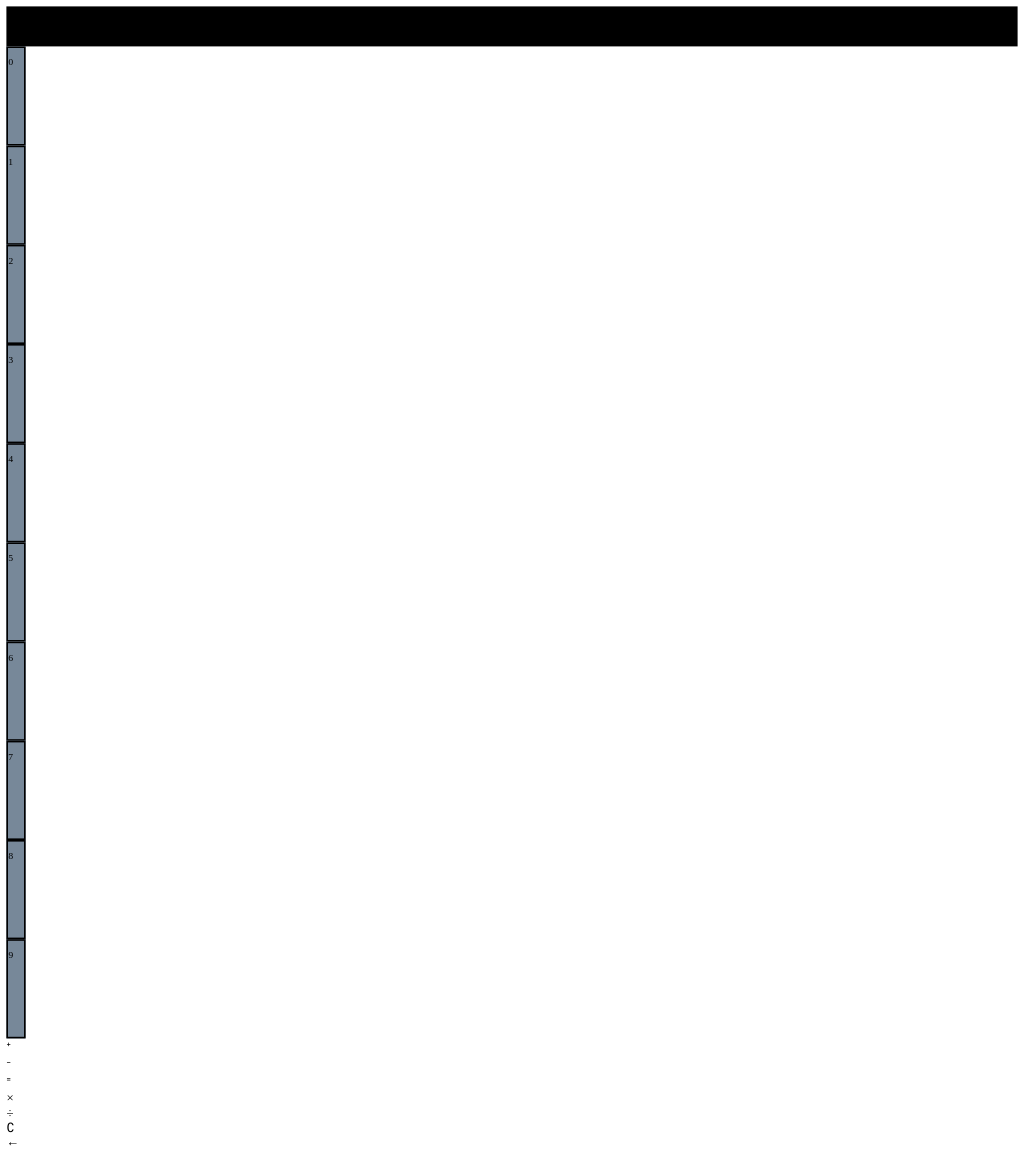
Repository: TEazy2433/LAB-calculator
Page: index.html
These files come from the project's save history. The page is drawn as it stood at one moment and after the next save; the edit follows.
The browser window is 1280 px wide. The pictures show the whole page, at 80% of full size.

Above is the page before, as saved 2023-10-12 21:01:54.

### index.html
<!DOCTYPE html>
<html lang="en">
<head>
  <meta charset="UTF-8">
  <meta name="viewport" content="width=device-width, initial-scale=1.0">
  <title>calculator</title>
  <link rel="stylesheet" href="main.css">
</head>
<body>
  <div class="container"></div>
    <div class="display"></div>
    <div class="buttons"></div>
      <div class="numbers"></div>
        <div class="number">&#8320;</div>
        <div class="number">&#8321;</div>
        <div class="number">&#8322;</div>
        <div class="number">&#8323;</div>
        <div class="number">&#8324;</div>
        <div class="number">&#8325;</div>
        <div class="number">&#8326;</div>
        <div class="number">&#8327;</div>
        <div class="number">&#8328;</div>
        <div class="number">&#8329;</div>
        <div class="operator">&#8314;</div>
        <div class="operator">&#8315;</div>
        <div class="operator">&#8316;</div>
        <div class="operator">&#215;</div>
        <div class="operator">&#247;</div>
        <div class="clear">&#8705;</div>
        <div class="arrow">&#8592;</div>
    </div>
  </div>
</body>
</html>

### main.css
.container{
  background-color: white;
  width: 500%;
  margin: auto;
}

.container{
  width: 100%;
  background-color: black;
  height: 50px;
  font-size: 48px;
  display: flex;
  justify-content: flex-end;
}
.number{
  font-size: 20px;
  width: 20px;
  border: solid black 2px;
  background-color: lightslategrey;
  text-align: center;
  display: grid;
  grid-template-columns: repeat(4, 1fr);
  grid-template-rows: repeat(auto-fill, 120px);
  grid-row-gap: .5em;
  grid-column-gap: 1em;

}

After the next save:
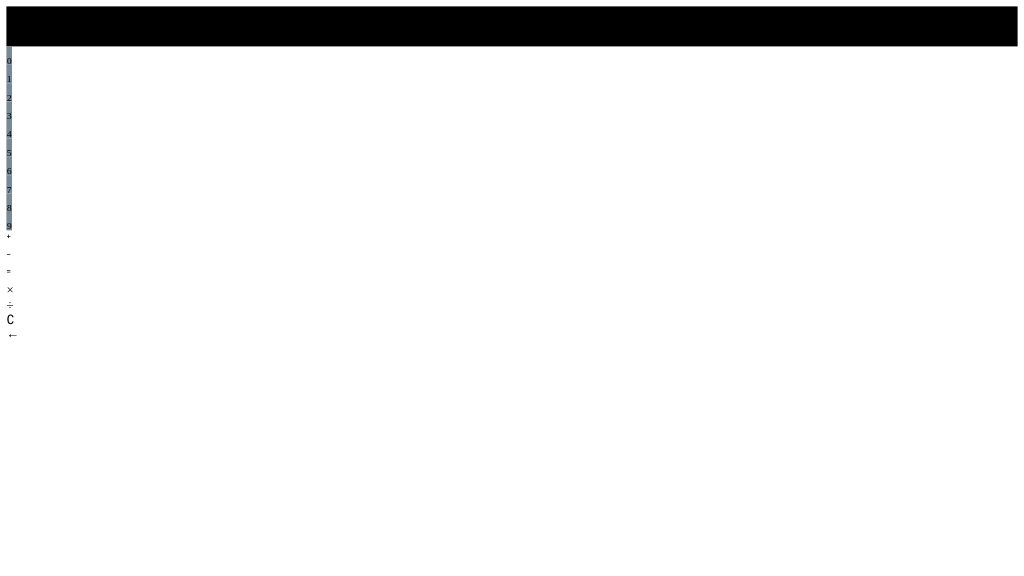
Saved 24 s later.
--- a/main.css
+++ b/main.css
@@ -18,10 +18,7 @@
   border: solid black 2px;
   background-color: lightslategrey;
   text-align: center;
-  display: grid;
-  grid-template-columns: repeat(4, 1fr);
-  grid-template-rows: repeat(auto-fill, 120px);
-  grid-row-gap: .5em;
-  grid-column-gap: 1em;
+  display: table-row;
+
 
 }
